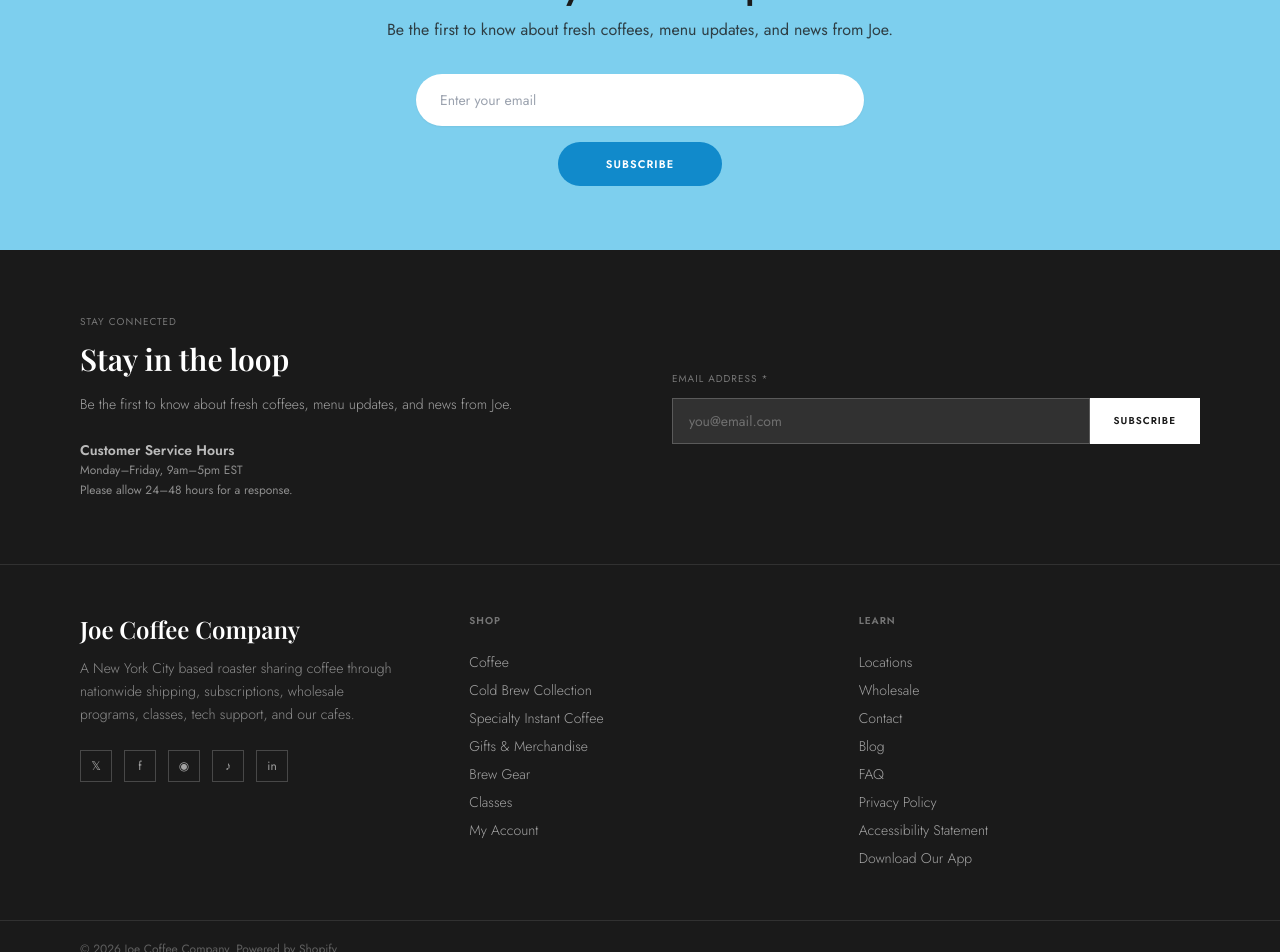
Repository: bushraattar7822/coffee-clone
Page: / (app in coffee-clone/)
The author's editor kept a copy of each file at every save. The page is drawn from the files as they stood at one save, then again after the next save.
The browser window is 1280 px wide. The pictures show the part of the page from y = 4617 to 5569 px (the page is 5594 px tall before and 5592 px after).
Some web fonts or font styles are not loaded; a fallback is used. The project was rebuilt for these pictures with package versions that can differ from the ones it lists, and the page was loaded fresh each time. Also part of the build but not shown: coffee-clone/vite.config.js, coffee-clone/src/pages/Shop.jsx, coffee-clone/src/pages/ProductDetail.jsx.

Above is the page before, as saved 2026-05-07 15:49:04.

After the next save:
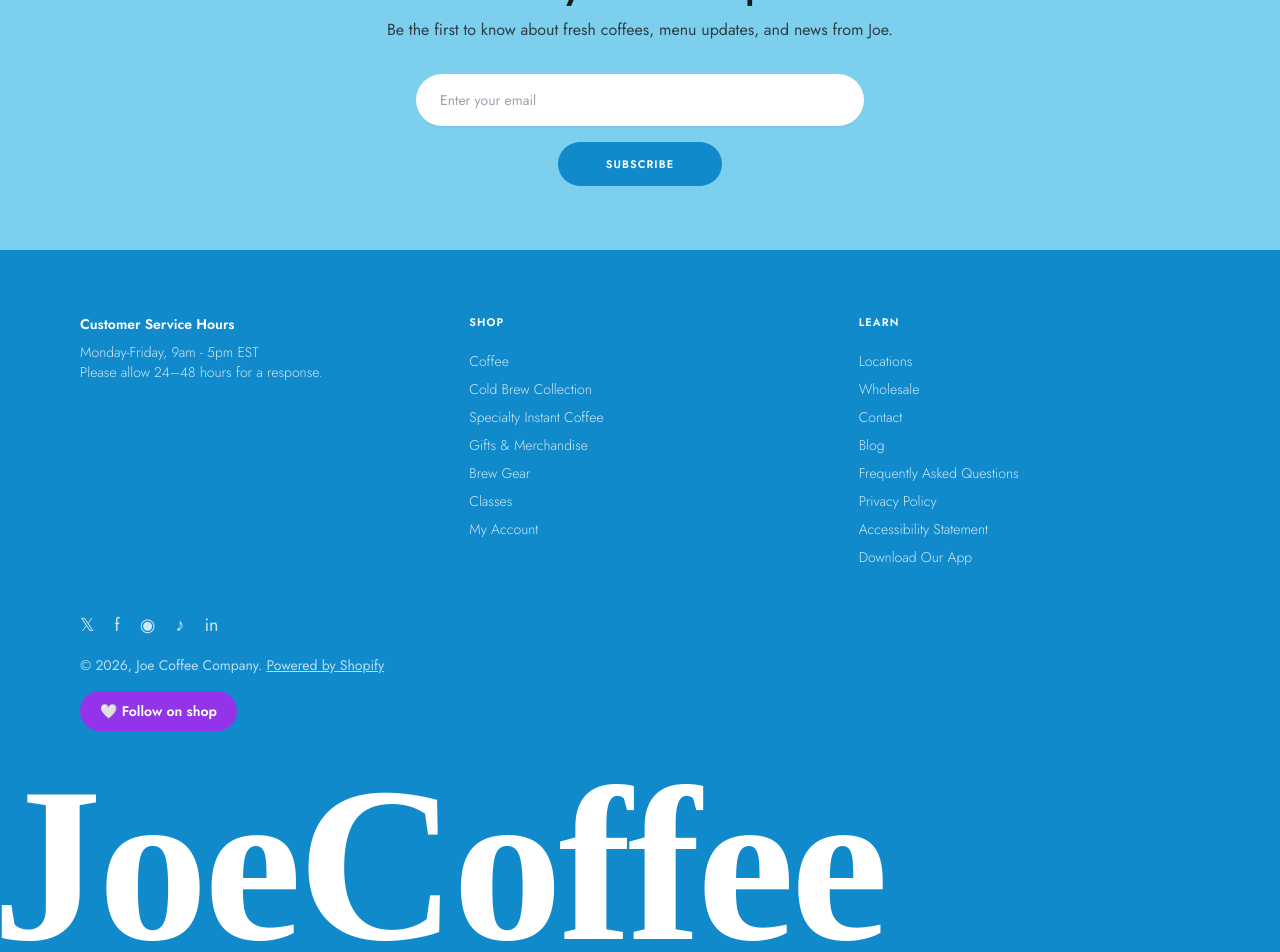
Saved 12 s later.
--- a/coffee-clone/src/components/Footer.jsx
+++ b/coffee-clone/src/components/Footer.jsx
@@ -2,79 +2,51 @@
 import { useState } from "react";
 
 export default function Footer() {
-  const [email, setEmail] = useState("");
-  const [subscribed, setSubscribed] = useState(false);
-
-  const handleSubscribe = () => {
-    if (email.includes("@")) { setSubscribed(true); setEmail(""); }
-  };
-
   return (
-    <footer className="bg-joe-dark text-white">
-      {/* NEWSLETTER */}
-      <div className="px-20 py-16 grid grid-cols-1 lg:grid-cols-2 gap-16 border-b border-white/10">
+    <footer style={{ background: "#118acb" }} className="text-white">
+      {/* TOP */}
+      <div className="px-8 lg:px-20 pt-16 pb-10 grid grid-cols-1 lg:grid-cols-3 gap-12">
+        {/* Customer Service */}
         <div>
-          <p className="text-[10px] tracking-widest uppercase text-white/40 mb-3">Stay Connected</p>
-          <h3 className="font-playfair text-3xl font-semibold mb-4">Stay in the loop</h3>
-          <p className="text-sm text-white/60 font-light leading-relaxed mb-6">Be the first to know about fresh coffees, menu updates, and news from Joe.</p>
-          <div className="text-xs text-white/50 leading-relaxed">
-            <strong className="text-white/70 text-sm">Customer Service Hours</strong><br/>
-            Monday–Friday, 9am–5pm EST<br/>
-            Please allow 24–48 hours for a response.
-          </div>
+          <p className="font-bold text-sm mb-2">Customer Service Hours</p>
+          <p className="text-sm font-light opacity-80">Monday-Friday, 9am - 5pm EST</p>
+          <p className="text-sm font-light opacity-80">Please allow 24–48 hours for a response.</p>
         </div>
-        <div className="flex flex-col justify-center">
-          <label className="text-[10px] tracking-widest uppercase text-white/40 mb-3">Email Address *</label>
-          {subscribed ? (
-            <p className="text-joe-blue text-sm">✓ Thank you! Check your email to confirm your subscription.</p>
-          ) : (
-            <div className="flex">
-              <input
-                type="email" value={email} onChange={e => setEmail(e.target.value)}
-                placeholder="you@email.com"
-                className="flex-1 bg-white/10 border border-white/20 px-4 py-3 text-sm text-white placeholder-white/30 outline-none focus:border-joe-blue transition-colors"
-              />
-              <button onClick={handleSubscribe} className="bg-white text-joe-dark px-6 text-[10px] font-bold tracking-widest uppercase hover:bg-joe-blue hover:text-white transition-colors">
-                Subscribe
-              </button>
-            </div>
-          )}
-        </div>
-      </div>
-
-      {/* LINKS */}
-      <div className="px-20 py-12 grid grid-cols-1 lg:grid-cols-3 gap-12">
+        {/* SHOP */}
         <div>
-          <p className="font-playfair text-2xl font-semibold mb-3">Joe Coffee Company</p>
-          <p className="text-sm text-white/50 font-light leading-relaxed mb-6 max-w-xs">
-            A New York City based roaster sharing coffee through nationwide shipping, subscriptions, wholesale programs, classes, tech support, and our cafes.
-          </p>
-          <div className="flex gap-3">
-            {[["𝕏","https://x.com/JoecoffeeNYC"],["f","https://www.facebook.com/JoeCoffeeCompany/"],["◉","https://www.instagram.com/joecoffeecompany/"],["♪","https://www.tiktok.com/@joecoffeeco"],["in","https://www.linkedin.com/company/joe-coffee/"]].map(([icon, href]) => (
-              <a key={href} href={href} target="_blank" rel="noreferrer"
-                className="w-8 h-8 border border-white/20 flex items-center justify-center text-xs text-white/60 hover:border-white hover:text-white transition-all">
-                {icon}
-              </a>
-            ))}
-          </div>
-        </div>
-        <div>
-          <p className="text-[10px] font-semibold tracking-widest uppercase text-white/40 mb-5">Shop</p>
-          {["Coffee","Cold Brew Collection","Specialty Instant Coffee","Gifts & Merchandise","Brew Gear","Classes","My Account"].map(i=>(
-            <Link key={i} to="#" className="block text-sm text-white/60 hover:text-white py-1 font-light transition-colors">{i}</Link>
+          <p className="font-bold text-[11px] tracking-widest uppercase mb-4">SHOP</p>
+          {["Coffee","Cold Brew Collection","Specialty Instant Coffee","Gifts & Merchandise","Brew Gear","Classes","My Account"].map(i => (
+            <Link key={i} to="#" className="block text-sm opacity-80 hover:opacity-100 py-1 font-light transition-opacity">{i}</Link>
           ))}
         </div>
+        {/* LEARN */}
         <div>
-          <p className="text-[10px] font-semibold tracking-widest uppercase text-white/40 mb-5">Learn</p>
-          {["Locations","Wholesale","Contact","Blog","FAQ","Privacy Policy","Accessibility Statement","Download Our App"].map(i=>(
-            <Link key={i} to="#" className="block text-sm text-white/60 hover:text-white py-1 font-light transition-colors">{i}</Link>
+          <p className="font-bold text-[11px] tracking-widest uppercase mb-4">LEARN</p>
+          {["Locations","Wholesale","Contact","Blog","Frequently Asked Questions","Privacy Policy","Accessibility Statement","Download Our App"].map(i => (
+            <Link key={i} to="#" className="block text-sm opacity-80 hover:opacity-100 py-1 font-light transition-opacity">{i}</Link>
           ))}
         </div>
       </div>
 
-      {/* BOTTOM */}
-      <div className="px-20 py-5 border-t border-white/10 flex flex-col lg:flex-row justify-between items-center gap-3">
-        <p className="text-xs text-white/30">© 2026 <a href="#" className="hover:text-white/60 transition-colors">Joe Coffee Company</a>. Powered by Shopify.</p>
+      {/* SOCIAL + COPYRIGHT */}
+      <div className="px-8 lg:px-20 pb-6 flex flex-col gap-4">
+        <div className="flex items-center gap-5">
+          {[["𝕏","https://x.com"],["f","https://facebook.com"],["◉","https://instagram.com"],["♪","https://tiktok.com"],["in","https://linkedin.com"]].map(([icon,href]) => (
+            <a key={href} href={href} target="_blank" rel="noreferrer" className="text-white opacity-80 hover:opacity-100 text-lg transition-opacity">{icon}</a>
+          ))}
+        </div>
+        <p className="text-sm opacity-70">© 2026, Joe Coffee Company. <a href="#" className="underline hover:opacity-100">Powered by Shopify</a></p>
+        <button className="self-start bg-purple-600 text-white px-5 py-2.5 rounded-full text-sm font-semibold flex items-center gap-2 hover:bg-purple-700 transition-colors">
+          🤍 Follow on shop
+        </button>
+      </div>
+
+      {/* GIANT TEXT */}
+      <div className="overflow-hidden">
+        <p className="text-white font-extrabold leading-none select-none whitespace-nowrap"
+          style={{ fontSize: "clamp(80px, 18vw, 220px)", fontFamily: "serif", opacity: 1, letterSpacing: "-4px", marginLeft: "-8px" }}>
+          JoeCoffee
+        </p>
       </div>
     </footer>
   );
